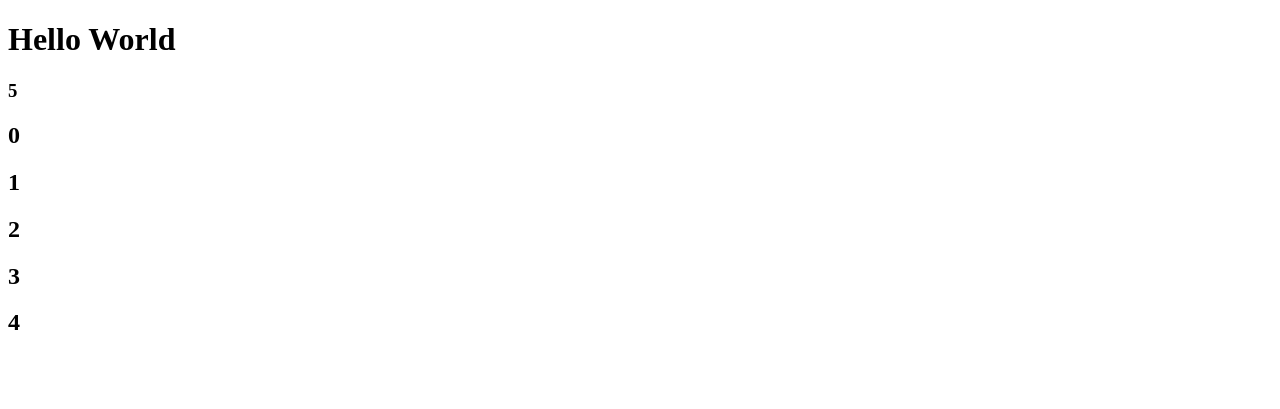
Repository: andrewjknell/JavaSpring
Page: http://localhost/CheckerBoard/demo.jsp
The author's editor kept a copy of each file at every save. The page is drawn from the files as they stood at one save, then again after the next save.
The browser window is 1280 px wide. The pictures show the whole page.
The page is served by Tomcat 9.

Above is the page before, as saved 2019-11-01 22:39:00.

### CheckerBoard/WebContent/demo.jsp
<%@ page language="java" contentType="text/html; charset=ISO-8859-1"
    pageEncoding="ISO-8859-1"%>
<!DOCTYPE html>
<html>
<head>
<meta charset="ISO-8859-1">
<title>Demo JSP</title>
</head>
<body>
<h1>Hello World</h1>
	<%!
	public int add(int a, int b){
		return a+b;
	}
	%>
	<%
	int i = 2;
	int j = 3;
	%>
	<h3><%= add(i,j) %></h3>
	<% for(int index = 0; index < 5; index++){ %>
	 <h2><%= index %></h2>
	<%} %>


</body>
</html>

After the next save:
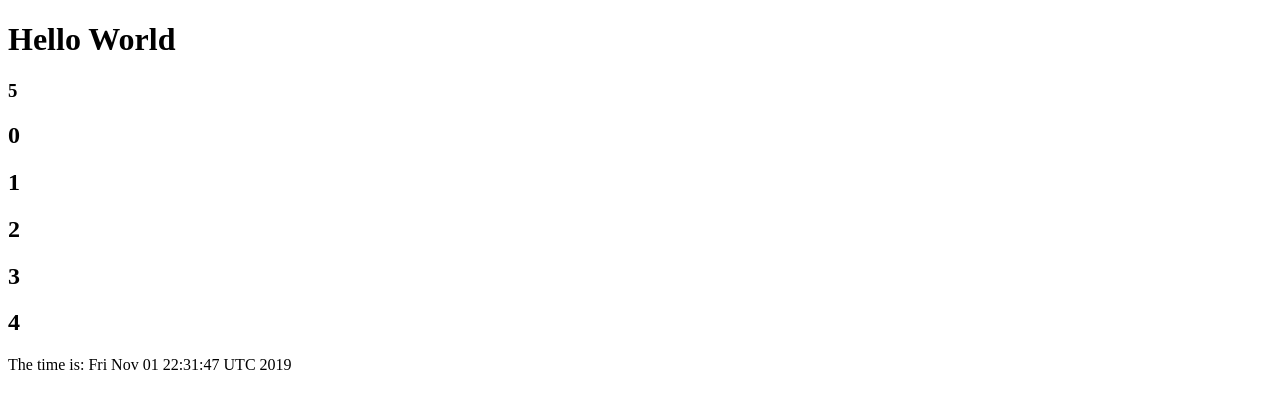
Saved 91 s later.
--- a/CheckerBoard/WebContent/demo.jsp
+++ b/CheckerBoard/WebContent/demo.jsp
@@ -1,5 +1,5 @@
 <%@ page language="java" contentType="text/html; charset=ISO-8859-1"
-    pageEncoding="ISO-8859-1"%>
+    pageEncoding="ISO-8859-1" import="java.util.Date"%>
 <!DOCTYPE html>
 <html>
 <head>
@@ -22,6 +22,7 @@
 	 <h2><%= index %></h2>
 	<%} %>
 
+	<p> The time is: <%= new Date() %></p>
 
 </body>
 </html>
